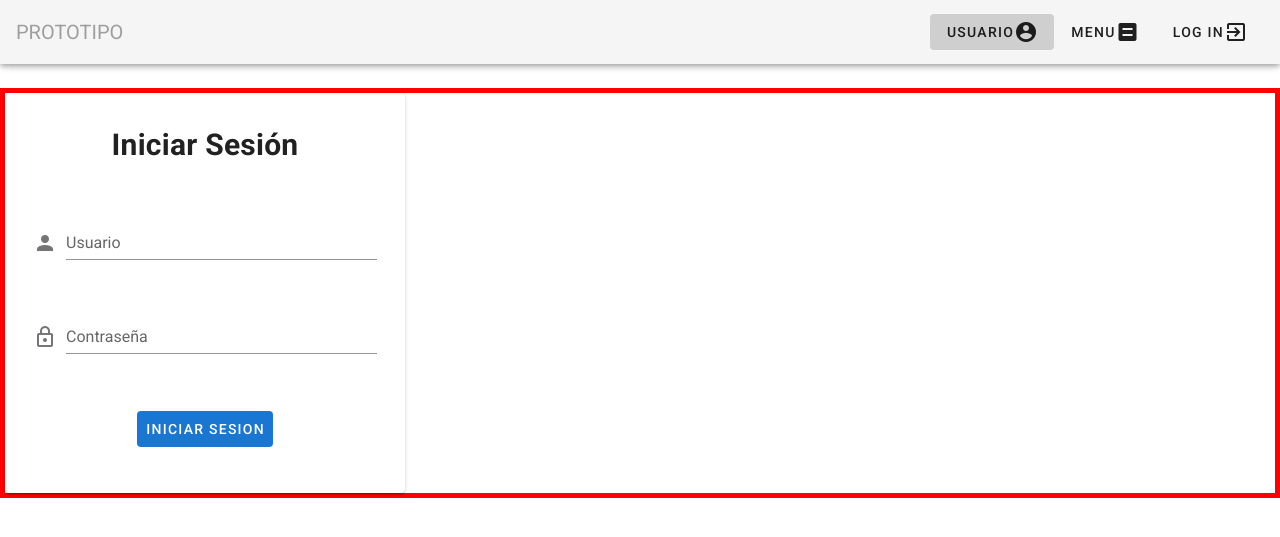
Repository: YojayDeHorta/Administrador-con-filtros
Page: /
An editor plug-in stored every save of this project. The page is shown before and after the next save, followed by the edit.
The browser window is 1280 px wide. The pictures show the whole page.
The project was rebuilt for these pictures with package versions that can differ from the ones it lists, and the page was loaded fresh each time. Also part of the build but not shown: vue.config.js, src/views/Options.vue, src/components/Filtro.vue, src/components/CrudClientes.vue, src/views/Filter.vue.

Above is the page before, as saved 2021-09-25 17:07:31.

After the next save:
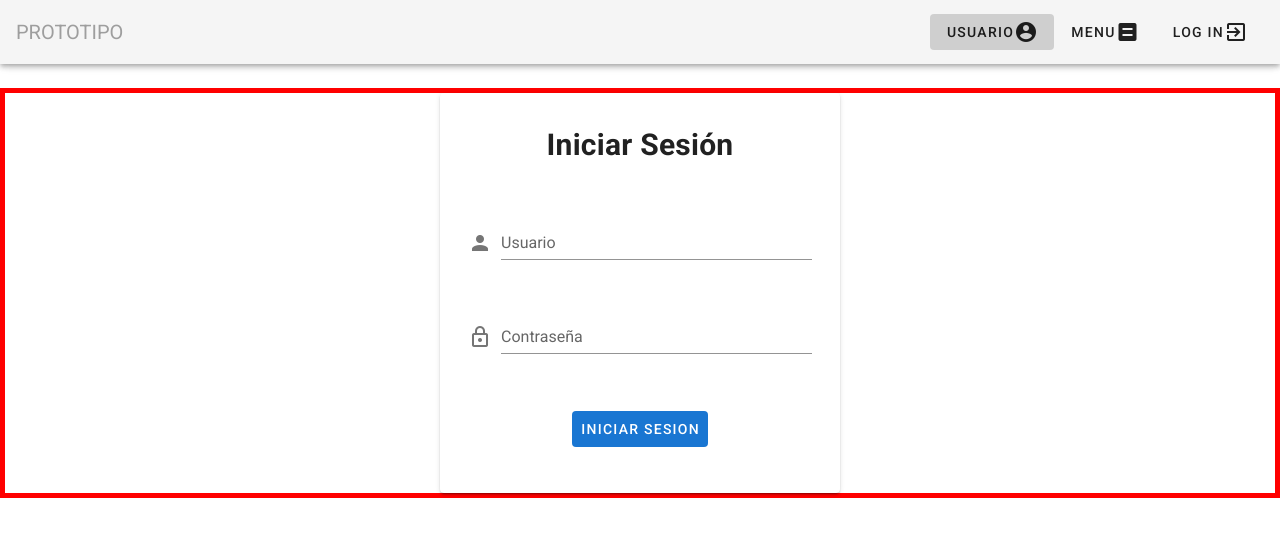
Saved 6 s later.
--- a/src/views/Login.vue
+++ b/src/views/Login.vue
@@ -1,5 +1,5 @@
 <template>
-    <div class="Marco_Login d-flex">
+    <div class="Marco_Login d-flex justify-center">
         <v-card height="400px" style="width: 400px">
             <v-form class="text-center" @submit.prevent="submitAdmin">
                 <v-card-title class="title d-flex justify-center" align="center">
